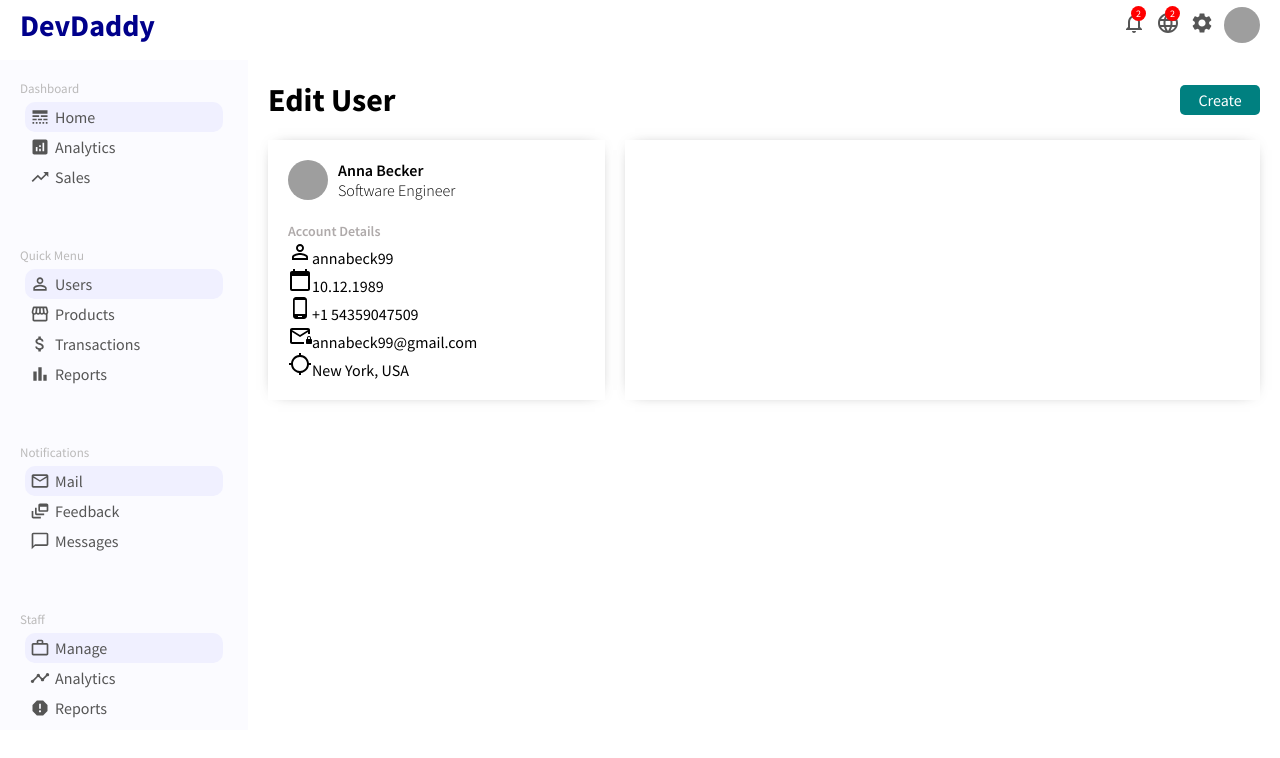
Repository: Marhamat92/react-admin-dashboard
Page: /user/1
An editor plug-in stored every save of this project. The page is shown before and after the next save, followed by the edit.
The browser window is 1280 px wide. The pictures show the whole page.
Pictures or frames that could not be fetched are drawn as grey boxes. The project was rebuilt for these pictures with package versions that can differ from the ones it lists, and the page was loaded fresh each time. Also part of the build but not shown: src/pages/home/home.scss, src/components/featuredInfo/featuredInfo.scss, src/components/featuredInfo/FeaturedInfo.js, src/components/chart/chart.scss, src/components/chart/Chart.js, src/data/userData.js, src/components/widgetSm/widgetSm.scss, src/components/widgetSm/WidgetSm.js and 6 more.

Above is the page before, as saved 2023-02-10 23:47:01.

After the next save:
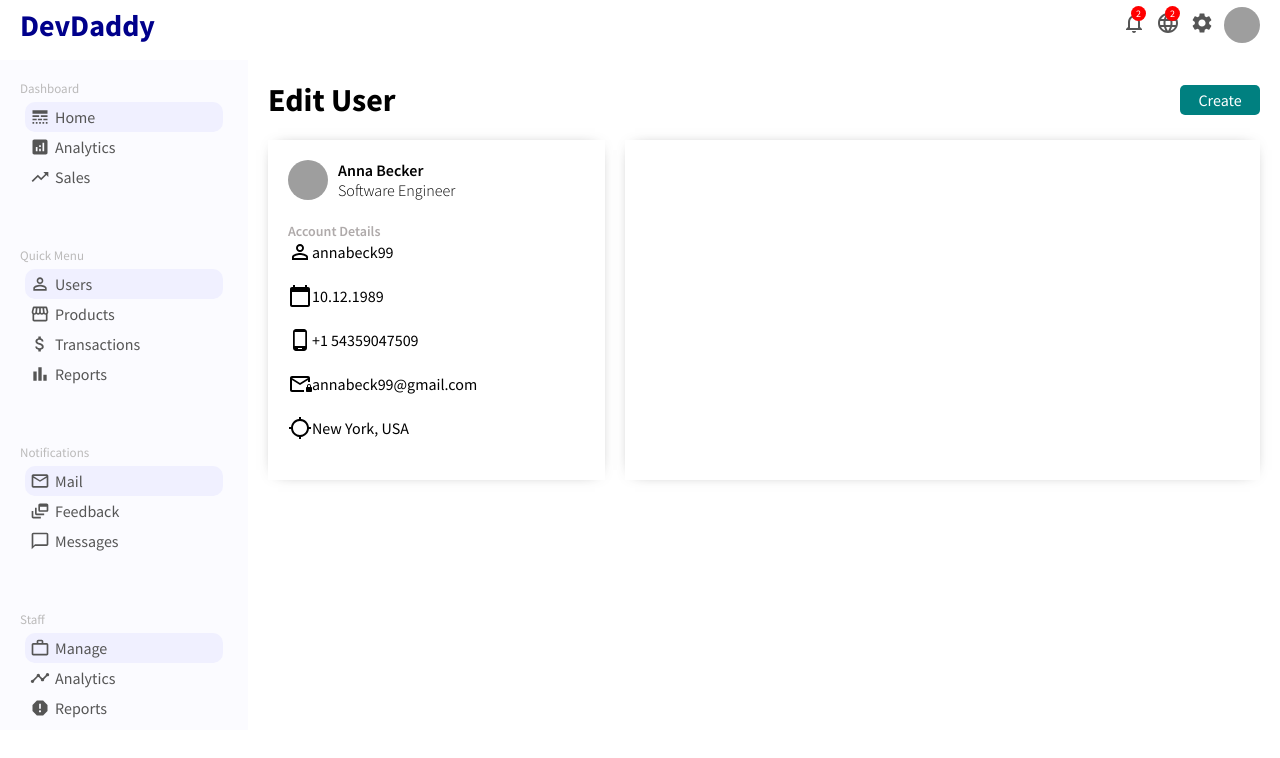
Saved 38 s later.
--- a/src/pages/user/user.scss
+++ b/src/pages/user/user.scss
@@ -76,3 +76,9 @@
 .userShowBottom{
   margin-top: 20px;
 }
+
+.userShowInfo{
+  margin-bottom: 20px;
+  display: flex;
+  align-items: center;
+}
